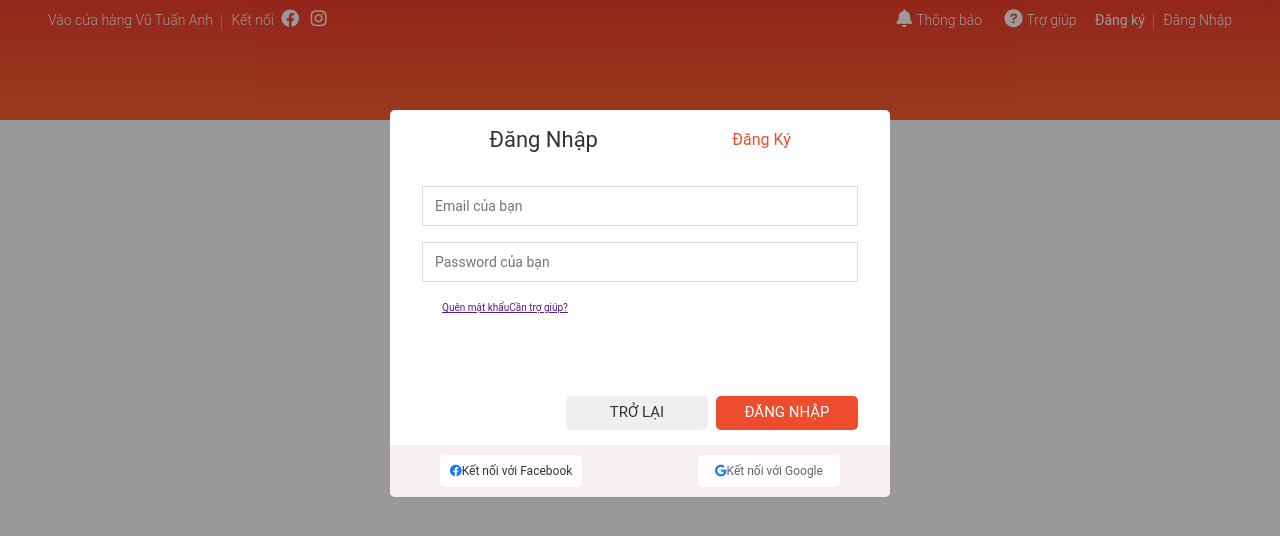
Repository: VuTuanAnh0949/Shopee
Page: index.html
An editor plug-in stored every save of this project. The page is shown before and after the next save, followed by the edit.
The browser window is 1280 px wide. The pictures show the whole page.

Above is the page before, as saved 2022-02-16 15:55:13.

### index.html
<!DOCTYPE html>
<html lang="en">

<head>
    <meta charset="UTF-8" />
    <meta http-equiv="X-UA-Compatible" content="IE=edge" />
    <meta name="viewport" content="width=device-width, initial-scale=1.0" />
    <title>Shopee</title>
    <link rel="stylesheet" href="https://cdnjs.cloudflare.com/ajax/libs/normalize/8.0.1/normalize.min.css" />
    <link rel="stylesheet" href="./assets/css/base.css" />
    <link rel="stylesheet" href="./assets/css/main.css" />
    <link rel="stylesheet" href="./assets/fonts/fontawesome-free-6.0.0-web/css/all.min.css">
    <link rel="stylesheet" href="https://fonts.googleapis.com/css?family-Roboto:300, 400, 500,78
0&display=swap&subset=vietnamese" rel="stylesheet" />

</head>

<body>
    <!-- Block Element Modifier -->
    <div class="app">
        <header class="header">
            <div class="grid">
                <nav class="header__navbar">
                    <ul class="header__navbar-list">
                        <li class="header__navbar-item header__navbar-item--has-qr header__navbar-item--separate">Vào cửa hàng Vũ Tuấn Anh
                            <div class="header__qr">
                                <img src="./assets/img/QR_code.png" alt="QR Code" class="header__qr-img">
                                <div class="header__qr-apps">
                                    <a href="" class="header__qr-link"><img src="./assets/img/Google_Play.png" alt="Google Play" class="header__qr-dowload-img">
                                    </a>
                                    <img src="./assets/img/App_store.png" alt="App Store" class="header__qr-dowload-img">
                                </div>
                            </div>
                        </li>
                        <li class="header__navbar-item">
                            <span class="header__navbar-title--no-pointer">Kết nối</span>
                            <a href="" class="header__navbar-icon-link"><i class="header__navbar-icon fa-brands fa-facebook"></i></a>
                            <a href="" class="header__navbar-icon-link"><i class="header__navbar-icon fa-brands fa-instagram"></i></a>
                        </li>
                    </ul>

                    <ul class="header__navbar-list">
                        <li class="header__navbar-item header__navbar-item--has-notification">
                            <a href="" class="header__navbar-item-link"><i class="header__navbar-icon fa-solid fa-bell"></i>Thông báo</a>
                            <div class="header__notification">
                                <header class="header__notification-header">
                                    <h3>Thông báo mới nhận</h3>
                                </header>
                                <ul class="header__notification-list">
                                    <li class="header__notification-item header__notification-viewed">
                                        <a href="" class="header__notification-link">
                                            <img src="https://cf.shopee.vn/file/a2344384834f0903b232953bf8e1d283_tn" alt="" class="header__notification-img">
                                            <div class="header__notification-info">
                                                <span class="header__notification-name">Bàn Phím cơ chính hãng K400-Đen</span>
                                                <span class="header__notification-descriotion">Bàn phím cơ máy tính gaming K550 Pro full Led 7 chế độ hiệu ứng là mẫu bàn phím phù hợp cho văn phòng và game thủ</span>
                                            </div>
                                        </a>
                                    </li>
                                    <li class="header__notification-item">
                                        <a href="" class="header__notification-link">
                                            <img src="https://cf.shopee.vn/file/fbd0d6cd59ae0c260cbdd8d2bdccbe06_tn" alt="" class="header__notification-img">
                                            <div class="header__notification-info">
                                                <span class="header__notification-name">Bàn phím cơ chính hãng K400-Trắng xanh 1</span>
                                                <span class="header__notification-descriotion">Bàn phím cơ máy tính gaming K550 Pro full Led 7 chế độ hiệu ứng là mẫu bàn phím phù hợp cho văn phòng và game thủ</span>
                                            </div>
                                        </a>
                                    </li>
                                    <li class="header__notification-item ">
                                        <a href="" class="header__notification-link">
                                            <img src="https://cf.shopee.vn/file/26989c24e549299dcfb324055082c553" alt="" class="header__notification-img">
                                            <div class="header__notification-info">
                                                <span class="header__notification-name">Bàn phím cơ chính hãng K400-Trắng xanh 2</span>
                                                <span class="header__notification-descriotion">>Bàn phím cơ máy tính gaming K550 Pro full Led 7 chế độ hiệu ứng là mẫu bàn phím phù hợp cho văn phòng và game thủ</span>
                                            </div>
                                        </a>
                                    </li>
                                </ul>
                                <div class="footer header__notification-footer">
                                    <a href="" class="header__notification-footer-btn">Xem tất cả</a>


                                </div>
                            </div>
                        </li>
                        <li class="header__navbar-item">
                            <a href="" class="header__navbar-item-link"><i class="header__navbar-icon fa-solid fa-circle-question"></i>Trợ giúp</a>
                        </li>
                        <li class="header__navbar-item header__navbar-item--strong header__navbar-item--separate">Đăng ký</li>
                        <li class="header__navbar-item header__navbar-ite--strong"> Đăng Nhập</li>
                    </ul>
                </nav>
            </div>
        </header>
        <div class="container">

        </div>
        <footer class="footer">

        </footer>
    </div>
    <!-- Modal layout -->
    <div class="modal">
        <div class="modal__overlay"></div>

        <div class="modal__body">

            <!-- Register form -->
        <!--     <div class="auth-form">
                <div class="auth-form__container">
                    <div class="auth-form__container"></div>
                    <div class="auth-form__header">
                        <h3 class="auth-form__heading">Đăng ký</h3>
                        <span class="auth-form__switch-btn">Đăng nhập</span>
                    </div>
                    <div class="auth-form__form">
                        <div class="auth-form__group">
                            <input type="text" class="auth-form__input" placeholder="Email của bạn">
                        </div>
                        <div class="auth-form__group">
                            <input type="password" class="auth-form__input" placeholder="Password của bạn">
                        </div>
                        <div class="auth-form__group">
                            <input type="password" class="auth-form__input" placeholder="Nhập lại mật khẩu ">
                        </div>
                    </div>
                    <div class="auth-form__aside">
                        <p class="auth-form__policy-text">
                            Bằng việc đăng kí, bạn đã đồng ý với VTA-Shop về
                            <a href="" class="auth-form__text-link">Điều khoản dịch vụ</a> &
                            <a href="" class="auth-form__text-link">Chính sách bảo mật</a>
                        </p>
                    </div>
                    <div class="auth-form__controls">
                        <button class="btn btn--normal auth-form__controls-back ">TRỞ LẠI</button>
                        <button class="btn btn--primary">ĐĂNG KÝ</button>
                    </div>
                </div>
                <div class="auth-form__socials--facebook">
                    <a href="" class="btn btn--size-s btn--with-icon">
                        <i class="auth-form__socials-icon fa-brands fa-facebook"></i>
                        <span class="auth-form__socials-title">
                            Kết nối với Facebook
                        </span>
                    </a>

                    <a href="" class="auth-form__socials--google btn btn--size-s btn--with-icon">
                        <i class="auth-form__socials-icon fa-brands fa-google"></i>
                        <span class="auth-form__socials-title">
                            Kết nối với Google
                        </span>
                    </a>
                </div>
            </div> -->
<!-- Login form -->
<div class="auth-form">
    <div class="auth-form__container">
        <div class="auth-form__container"></div>
        <div class="auth-form__header">
            <h3 class="auth-form__heading">Đăng Nhập</h3>
            <span class="auth-form__switch-btn">Đăng Ký</span>
        </div>
        <div class="auth-form__form">
            <div class="auth-form__group">
                <input type="text" class="auth-form__input" placeholder="Email của bạn">
            </div>
            <div class="auth-form__group">
                <input type="password" class="auth-form__input" placeholder="Password của bạn">
            </div>

        </div>
        <div class="auth-form__aside">
           <div class="auth-form__help">
               <a href="" class="auth-form__help-link">Quên mật khẩu</a>
               <a href="" class="auth-form__help-link">Cần trợ giúp? </a>
           </div>
        </div>
        <div class="auth-form__controls">
            <button class="btn btn--normal auth-form__controls-back ">TRỞ LẠI</button>
            <button class="btn btn--primary">ĐĂNG NHẬP</button>
        </div>
    </div>
    <div class="auth-form__socials--facebook">
        <a href="" class="btn btn--size-s btn--with-icon">
            <i class="auth-form__socials-icon fa-brands fa-facebook"></i>
            <span class="auth-form__socials-title">
                Kết nối với Facebook
            </span>
        </a>

        <a href="" class="auth-form__socials--google btn btn--size-s btn--with-icon">
            <i class="auth-form__socials-icon fa-brands fa-google"></i>
            <span class="auth-form__socials-title">
                Kết nối với Google
            </span>
        </a>
    </div>
</div>
        </div>
    </div>
</body>

</html>

### assets/css/base.css
:root {
  --primary-color:#EE4D2D;
  --white-color: #fff;
  --black-color: #000;
  --text-color: #333;
  --border-color:#dbdbdb;
}
* {
  box-sizing: inherit;
}
html {
  font-size: 62.5%;
  line-height: 1.6rem;
  font-family: "Roboto", sans-serif;
  box-sizing: border-box;
}
.grid {
  width: 1200px;
  max-width: 100%;
  margin: 0 auto;
}
.grid__full-width {
  width: 100%;
}
.grid__row {
  display: flex;
  flex-wrap: wrap;
}
/* Animation */
@keyframes fadeIn{
  from{
    opacity: 0;
  }to{
    opacity: 1;
  }
}
/* Modal */
.modal{
  position: fixed;
  top: 0;
  right: 0;
  bottom: 0;
  left: 0;
  display: flex;
}
.modal__overlay{
  position: absolute;
  width: 100%;
  height: 100%;
  background-color: rgba(0,0,0,0.4);
}
.modal__body{
  width: 500px;
  height: 500px;
  margin: auto;
  position: relative;
  z-index: 1;  /* để cho modal nổi lên */
}
/* Button style */
.btn{
  min-width: 142px;
  height: 34px;
  text-decoration: none;
  border:none ;
  border-radius: 5px;
  font-size: 1.5rem;
  padding:0 12px;
  outline: none;
  cursor: pointer;
  color: var(--text-color);
  align-items: center;
 justify-content: center;
}
.btn.btn--normal:hover{
  background-color: rgba(0,0,0,0.05);
}
.btn.btn--size-s{
  height: 32px;
  font-size: 12px;
  padding:0 8px;
}
/* .. dùng để css 1 element có 2 class */
.btn.btn--primary{
  color: var(--white-color);
  background-color: var(--primary-color);
  }
.btn.btn-disabled{
  color: #949494;
  cursor: default;
  background-color: #c3c3c3;
}

### assets/css/main.css
.header{
height: 120px;
background-image:linear-gradient(0, #fe6433, #f53e2d) ;
}
.header__navbar{
  display: flex;
  justify-content: space-between;
}
.header__navbar-list{
list-style: none;
padding-left: 0;
margin-top: 9px;
}
.header__navbar-item{
  margin: 0 8px;
  position: relative;
  min-height: 26px;
}
.header__navbar-item--has-qr:hover .header__qr{
  display: block;
}
.header__navbar-item--has-notification:hover .header__notification{
  display: block;
}
.header__navbar-item,
.header__navbar-item-link{
  display:inline-block;
  font-size: 1.4rem;
  color:var(--white-color);
  text-decoration: none;
  font-weight: 300;
}
.header__navbar-item,
.header__navbar-item-link,
.header__navbar-icon-link{
/*   display: flex; */
  align-items: center;
}
.header__qr::before{
  position: absolute;
  left: 0;
  top: -16px;
  width: 100%;
  height: 20px;
  content: "";
  display: block;

}
.header__navbar-item:hover,
.header__navbar-icon-link:hover,
.header__navbar-item-link:hover{
  cursor: pointer;
  color: rgba(255,255,255,0.7);
}
.header__navbar-item--strong{
  font-weight: 400;
}
.header__navbar-item--separate::after{
  content: "";
  display: block;
  position: absolute;
border-left: 1px solid #FB9086;
height: 16px;
right: -9px;
top: 37%;
transform: translateY(-50%);
}
.header__navbar-icon-link{
  color: var(--white-color);
  text-decoration: none;
}
.header__navbar-icon{
  font-size: 1.8rem;
  margin: 0 4px;
}
.header__navbar-title--no-pointer{
  cursor: text;
  color: var(--white-color);
  text-decoration: none;
}
/* Header QR code */
.header__qr{
  width: 180px;
background-color: var(--white-color);
position: absolute;
left: 0;
top: 100%;
padding: 8px;
border-radius: 5px;
display: none;
animation: fadeIn ease-in 0.3s;
}
.header__qr-img{
width: 100%;
}
.header__qr-apps{
display: flex;
justify-content: space-between;
}
.header__qr-link:nth-child(1){
  margin-left: 11px;
}
.header__qr-link:nth-child(2){
  margin-right: 15px;
}
.header__qr-dowload-img{
  height: 16px;
}
/* header__notification */
.header__notification{
position: absolute ;
top: 27px;
right: 0;
width: 404px;
background-color: var(--white-color);
border-radius: 5px;
border: 1px solid #D3D3D3;
cursor: default;
transform-origin:90% top;
animation:  headerNotificationGrowth ease-in 0.2s;
will-change: opacity, transform;
display: none;
}
.header__notification::before{
content: "";
border-width:20px 30px ;
border-style: solid;
/* Tạo một lớp giá */
border-color:transparent transparent var(--white-color) transparent;
position: absolute;
right: 6px;
top: -30px;
}
/* Giúp di chuột vào quả chuông cạnh nút thông báo không bị mất list thông báo */
.header__notification::after{
  content: "";
  display: block;
  position: absolute;
  height: 20px;
  width: 90px;
  top: -16px;
  right: 0;
 }
@keyframes headerNotificationGrowth{
  from{
    opacity: 0;
    transform: scale(0);
  }to{
    opacity: 1;
    transform: scale(1);
  }
}
.header__notification-header{
  height: 40px;
  background-color: var(--white-color);
  border-radius: 5px;
}
.header__notification-header h3{
  color: #999;
  margin: 0 0 0 12px;
  width: 400;
  font-size: 1.4rem;
  line-height: 40px;
  user-select: none;  /* không cho coppy */
}
.header__notification-list{
padding-left: 0;
}
.header__notification-item{
display: flex;

}
.header__notification-item:hover{
  background-color: #f7f7f7
}
.header__notification-viewed{
  background-color: rgba(238,75,43,0.08);

}
.header__notification-link{
  display: flex;
  width: 100%;
  padding: 12px;
  text-decoration: none;
}
.header__notification-img{
width: 48px;
object-fit: contain;
}
.header__notification-info{
margin-left: 12px;
}
.header__notification-name{
display: block;
font-size: 1.4rem;
color: var(--text-color);
font-weight: 400px;
line-height: 1.8rem;
}
.header__notification-descriotion{
display: block;
font-size: 1.2rem;
line-height: 1.6rem;
color: #765F6E;
margin-top: 4px;
}
.header__notification-footer{
 display: flex;
}
.header__notification-footer-btn{
  text-decoration: none;
  color:var(--text-color);
  width: 100%;
  padding: 8px 0;
  margin: auto;
  font-size: 1.4rem;
  font-weight: 400;
  text-align: center;
}
/* Authen modal */
.auth-form{
  width: 500px;
    background-color: var(--white-color);
  border-radius: 5px;
  overflow: hidden;
}
.auth-form__container{
  padding: 0 32px;
}
.auth-form__header{
  display: flex;
  align-items: center;
  justify-content: space-around;
}
.auth-form__heading{
  font-size: 2.2rem;
  font-weight:400;
  color: var(--text-color);
}
.auth-form__switch-btn{
  font-size: 1.6rem;
  font-weight:400;
  color: var(--primary-color);
  cursor: pointer;
}
.auth-form__form{
}
.auth-form__input{
  width: 100%;
  height: 40px;
  margin-top: 16px;
  padding: 0 12px;
  font-size: 1.4rem;
  border: 1px solid var(--border-color);
  outline: none;
}
/*Dí chuột vào ô input => ô input nháy chuột  */
.auth-form__input:focus{
border-color: #777;
}
.auth-form__aside{
  margin-top: 18px;
}
.auth-form__policy-text{
  font-size: 1.2rem;
  line-height: 1.8rem;
  text-align: center;
  padding: 0 3px;
}
.auth-form__text-link{
  color: var(--primary-color);
  text-decoration: none;
}
.auth-form__controls{
  margin-top: 80px;
  display: flex;
  justify-content: flex-end;
}
.auth-form__controls-back{
  margin-right: 8px;
}
.auth-form__socials{
 background-color: #F5F5F5;
 padding: 16px 36px;
 display: flex;
 justify-content: space-between;
 margin-top: 20px;
}
.auth-form__socials--facebook{
  color: var(--white-color);
  background-color:#f5efef  ;
  display: flex;
  justify-content: space-between;
  margin-top: 15px;

}
/* .auth-form__socials--facebook, */
.auth-form__socials-icon{
color: #1877f2;
}
.auth-form__socials-title{
  margin-top: 0 36px;

}
.auth-form__socials--google{
  color: #666;
  background-color: var(--white-color);
}
.btn--with-icon{
  display: flex;
}
.btn.btn--size-s {
  background-color: white;
margin:10px 50px;
}
.auth-form__help{
  display: flex;
padding-left: 20px;
}

Loaded but not shown: assets/fonts/fontawesome-free-6.0.0-web/css/all.min.css (library)

After the next save:
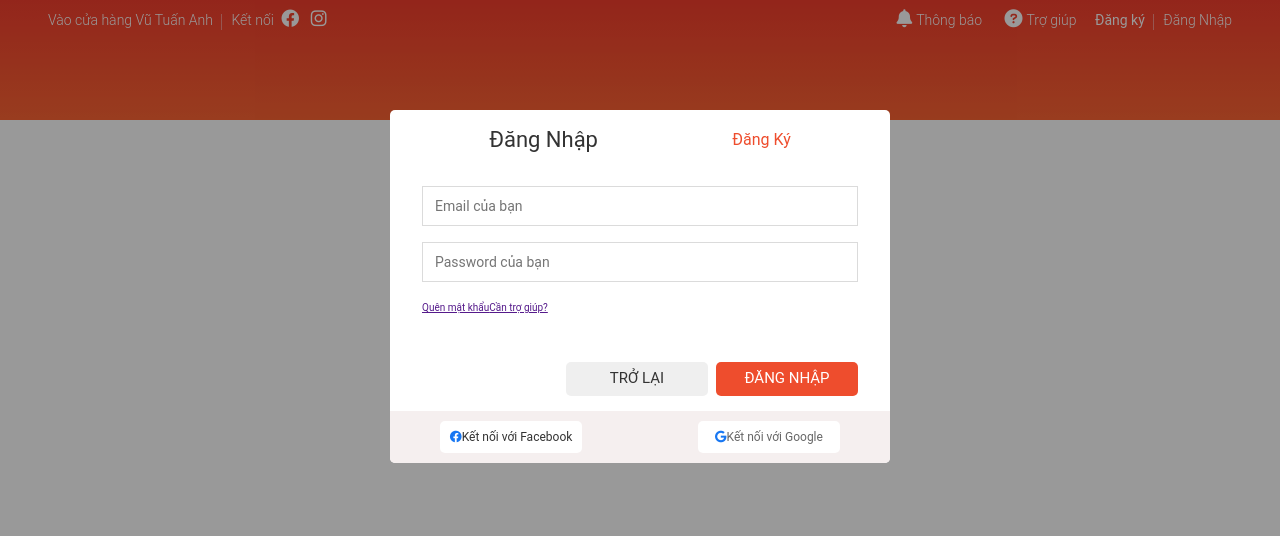
Saved 15 s later.
--- a/assets/css/main.css
+++ b/assets/css/main.css
@@ -315,5 +315,5 @@
 }
 .auth-form__help{
   display: flex;
-padding-left: 20px;
-}
+float: left;
+}

After the save that followed:
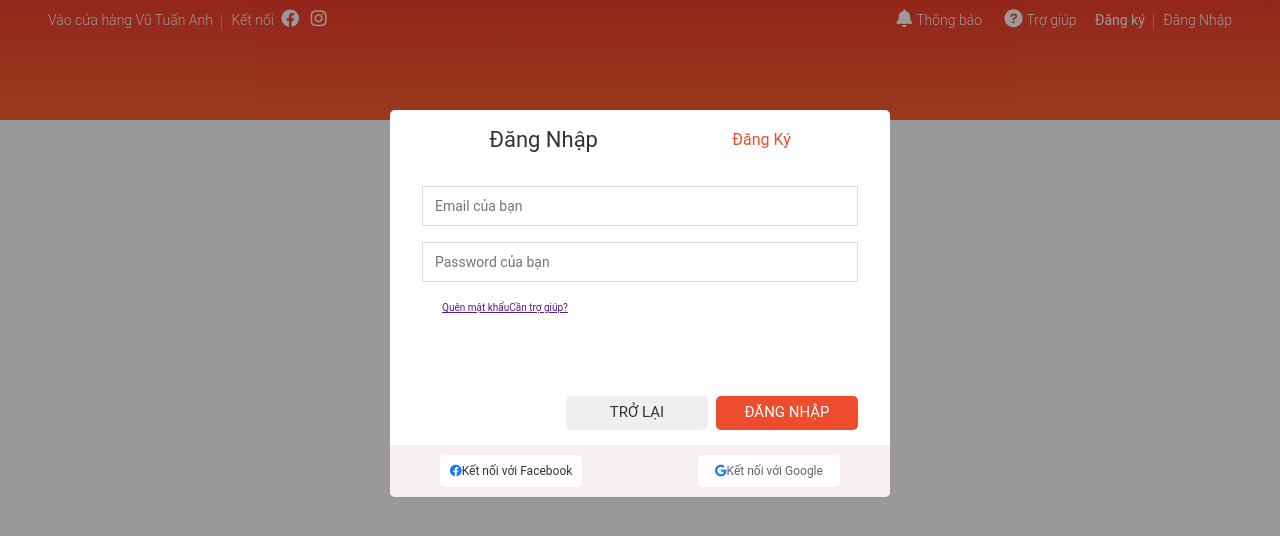
Saved 13 s later.
--- a/assets/css/main.css
+++ b/assets/css/main.css
@@ -315,5 +315,5 @@
 }
 .auth-form__help{
   display: flex;
-float: left;
-}
+margin-left: 20px;
+}
